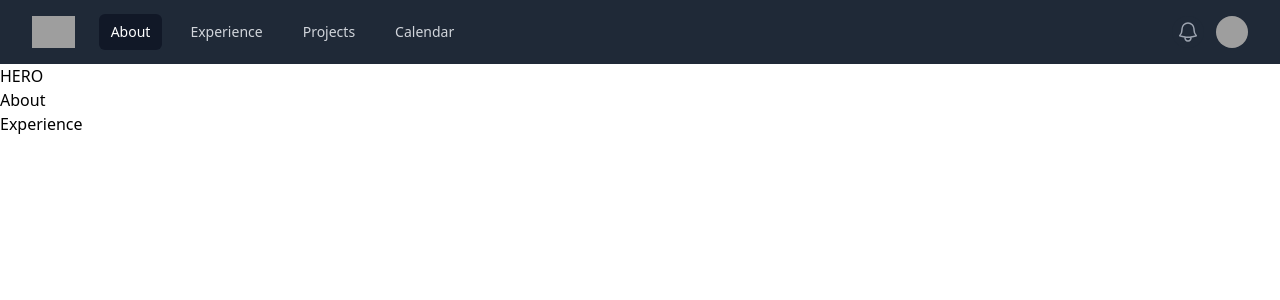
Repository: supakorn5039-boon/React-f
Page: /
The author's editor kept a copy of each file at every save. The page is drawn from the files as they stood at one save, then again after the next save.
The browser window is 1280 px wide. The pictures show the whole page.
Pictures or frames that could not be fetched are drawn as grey boxes. The project was rebuilt for these pictures with package versions that can differ from the ones it lists, and the page was loaded fresh each time. Also part of the build but not shown: vite.config.js.

Above is the page before, as saved 2024-01-09 10:45:57.

### src/App.jsx
import Navbar from "./components/navbar";
import Hero from "./components/Hero";
import About from "./components/About";
import Experience from "./components/Experience";

export default function App() {
  return (
    <>
      <Navbar />
      <Hero />
      <About />
      <Experience />
    </>
  );
}

### src/components/navbar.jsx
import { Fragment } from "react";
import { Disclosure, Menu, Transition } from "@headlessui/react";
import { Bars3Icon, BellIcon, XMarkIcon } from "@heroicons/react/24/outline";

const navigation = [
  { name: "About", href: "#about", current: true },
  { name: "Experience", href: "#experience", current: false },
  { name: "Projects", href: "#", current: false },
  { name: "Calendar", href: "#", current: false },
];

function classNames(...classes) {
  return classes.filter(Boolean).join(" ");
}

export default function Navbar() {
  return (
    <Disclosure as="nav" className="bg-gray-800">
      {({ open }) => (
        <>
          <div className="mx-auto max-w-7xl px-2 sm:px-6 lg:px-8">
            <div className="relative flex h-16 items-center justify-between">
              <div className="absolute inset-y-0 left-0 flex items-center sm:hidden">
                {/* Mobile menu button*/}
                <Disclosure.Button className="relative inline-flex items-center justify-center rounded-md p-2 text-gray-400 hover:bg-gray-700 hover:text-white focus:outline-none focus:ring-2 focus:ring-inset focus:ring-white">
                  <span className="absolute -inset-0.5" />
                  <span className="sr-only">Open main menu</span>
                  {open ? (
                    <XMarkIcon className="block h-6 w-6" aria-hidden="true" />
                  ) : (
                    <Bars3Icon className="block h-6 w-6" aria-hidden="true" />
                  )}
                </Disclosure.Button>
              </div>
              <div className="flex flex-1 items-center justify-center sm:items-stretch sm:justify-start">
                <div className="flex flex-shrink-0 items-center">
                  <img
                    className="h-8 w-auto"
                    src="https://tailwindui.com/img/logos/mark.svg?color=indigo&shade=500"
                    alt="Your Company"
                  />
                </div>
                <div className="hidden sm:ml-6 sm:block">
                  <div className="flex space-x-4">
                    {navigation.map((item) => (
                      <a
                        key={item.name}
                        href={item.href}
                        className={classNames(
                          item.current
                            ? "bg-gray-900 text-white"
                            : "text-gray-300 hover:bg-gray-700 hover:text-white",
                          "rounded-md px-3 py-2 text-sm font-medium"
                        )}
                        aria-current={item.current ? "page" : undefined}
                      >
                        {item.name}
                      </a>
                    ))}
                  </div>
                </div>
              </div>
              <div className="absolute inset-y-0 right-0 flex items-center pr-2 sm:static sm:inset-auto sm:ml-6 sm:pr-0">
                <button
                  type="button"
                  className="relative rounded-full bg-gray-800 p-1 text-gray-400 hover:text-white focus:outline-none focus:ring-2 focus:ring-white focus:ring-offset-2 focus:ring-offset-gray-800"
                >
                  <span className="absolute -inset-1.5" />
                  <span className="sr-only">View notifications</span>
                  <BellIcon className="h-6 w-6" aria-hidden="true" />
                </button>

                {/* Profile dropdown */}
                <Menu as="div" className="relative ml-3">
                  <div>
                    <Menu.Button className="relative flex rounded-full bg-gray-800 text-sm focus:outline-none focus:ring-2 focus:ring-white focus:ring-offset-2 focus:ring-offset-gray-800">
                      <span className="absolute -inset-1.5" />
                      <span className="sr-only">Open user menu</span>
                      <img
                        className="h-8 w-8 rounded-full"
                        src="https://images.unsplash.com/photo-1472099645785-5658abf4ff4e?ixlib=rb-1.2.1&ixid=eyJhcHBfaWQiOjEyMDd9&auto=format&fit=facearea&facepad=2&w=256&h=256&q=80"
                        alt=""
                      />
                    </Menu.Button>
                  </div>
                  <Transition
                    as={Fragment}
                    enter="transition ease-out duration-100"
                    enterFrom="transform opacity-0 scale-95"
                    enterTo="transform opacity-100 scale-100"
                    leave="transition ease-in duration-75"
                    leaveFrom="transform opacity-100 scale-100"
                    leaveTo="transform opacity-0 scale-95"
                  >
                    <Menu.Items className="absolute right-0 z-10 mt-2 w-48 origin-top-right rounded-md bg-white py-1 shadow-lg ring-1 ring-black ring-opacity-5 focus:outline-none">
                      <Menu.Item>
                        {({ active }) => (
                          <a
                            href="#"
                            className={classNames(
                              active ? "bg-gray-100" : "",
                              "block px-4 py-2 text-sm text-gray-700"
                            )}
                          >
                            Your Profile
                          </a>
                        )}
                      </Menu.Item>
                      <Menu.Item>
                        {({ active }) => (
                          <a
                            href="#"
                            className={classNames(
                              active ? "bg-gray-100" : "",
                              "block px-4 py-2 text-sm text-gray-700"
                            )}
                          >
                            Settings
                          </a>
                        )}
                      </Menu.Item>
                      <Menu.Item>
                        {({ active }) => (
                          <a
                            href="#"
                            className={classNames(
                              active ? "bg-gray-100" : "",
                              "block px-4 py-2 text-sm text-gray-700"
                            )}
                          >
                            Sign out
                          </a>
                        )}
                      </Menu.Item>
                    </Menu.Items>
                  </Transition>
                </Menu>
              </div>
            </div>
          </div>

          <Disclosure.Panel className="sm:hidden">
            <div className="space-y-1 px-2 pb-3 pt-2">
              {navigation.map((item) => (
                <Disclosure.Button
                  key={item.name}
                  as="a"
                  href={item.href}
                  className={classNames(
                    item.current
                      ? "bg-gray-900 text-white"
                      : "text-gray-300 hover:bg-gray-700 hover:text-white",
                    "block rounded-md px-3 py-2 text-base font-medium"
                  )}
                  aria-current={item.current ? "page" : undefined}
                >
                  {item.name}
                </Disclosure.Button>
              ))}
            </div>
          </Disclosure.Panel>
        </>
      )}
    </Disclosure>
  );
}

### src/components/Hero.jsx


export default function Hero() {
  return <div>HERO</div>;
}

Loaded but not shown: index.html (common file); src/main.jsx (common file); src/index.css (common file); src/components/About.jsx (common file); src/components/Experience.jsx (common file); tailwind.config.js (common file)

After the next save:
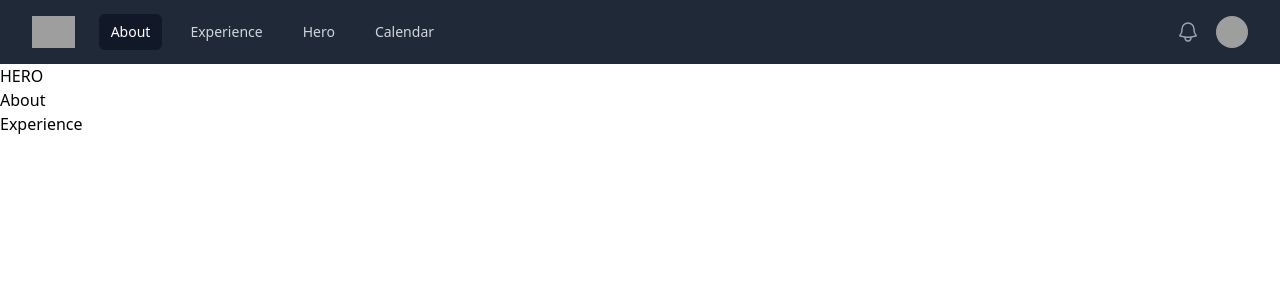
Saved 5 s later.
--- a/src/components/navbar.jsx
+++ b/src/components/navbar.jsx
@@ -5,7 +5,7 @@ import { Bars3Icon, BellIcon, XMarkIcon } from "@heroicons/react/24/outline";
 const navigation = [
   { name: "About", href: "#about", current: true },
   { name: "Experience", href: "#experience", current: false },
-  { name: "Projects", href: "#", current: false },
+  { name: "Hero", href: "#", current: false },
   { name: "Calendar", href: "#", current: false },
 ];
 
